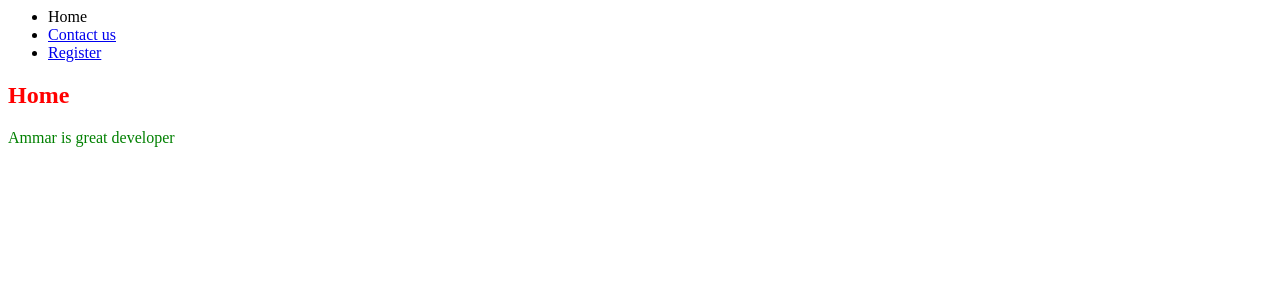
Repository: engammar111/css
Page: index.html
An editor plug-in stored every save of this project. The page is shown before and after the next save, followed by the edit.
The browser window is 1280 px wide. The pictures show the whole page.

Above is the page before, as saved 2021-07-31 13:53:05.

### index.html
<html lang="en">
  <head>
    <link rel="stylesheet" href="style.css" />
    <title>css</title>
  </head>
  <body>
    <header>
      <nav>
        <ul>
          <li>Home</li>
          <li><a href="contactus.html">Contact us</a></li>
          <li><a href="register">Register</a></li>
        </ul>
      </nav>
    </header>
    <section>
      <h1>Home</h1>
      <p>Ammar is great developer</p>
    </section>
  </body>
</html>

### style.css
/* Selector {
    property : value;
} */

h1 {
  color: red;
}

p {
  color: green;
}

After the next save:
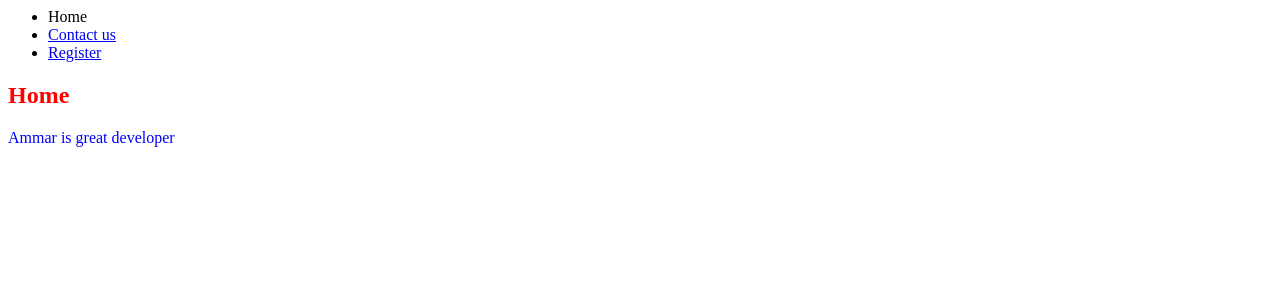
Saved 47 s later.
--- a/style.css
+++ b/style.css
@@ -9,3 +9,6 @@ h1 {
 p {
   color: green;
 }
+p {
+  color: blue;
+}
